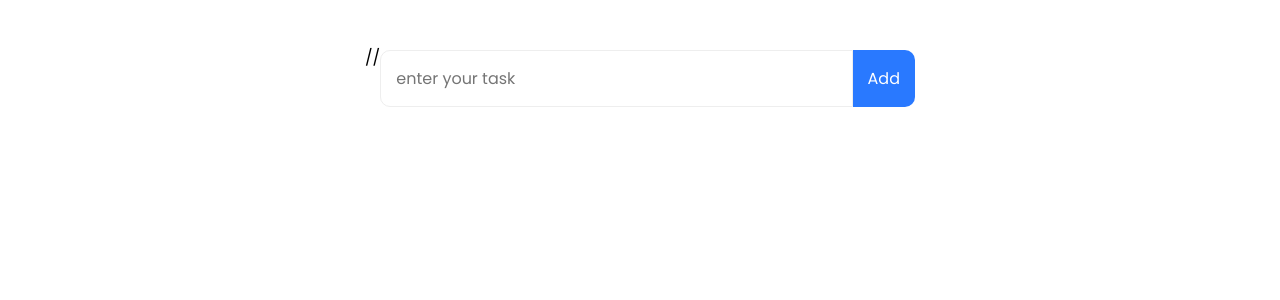
Repository: Kaii-Dev/js-course
Page: BAI-TAP/todolist/index.html
An editor plug-in stored every save of this project. The page is shown before and after the next save, followed by the edit.
The browser window is 1280 px wide. The pictures show the whole page.

Above is the page before, as saved 2021-12-22 19:59:43.

### BAI-TAP/todolist/index.html
<!DOCTYPE html>
<html lang="en">
<head>
   <meta charset="UTF-8">
   <meta http-equiv="X-UA-Compatible" content="IE=edge">
   <meta name="viewport" content="width=device-width, initial-scale=1.0">
   <title>to do list</title>
   <link rel="preconnect" href="https://fonts.gstatic.com" />
   <link
     href="https://fonts.googleapis.com/css2?family=Poppins:wght@400;600&display=swap"
     rel="stylesheet"
   />
   <link
     rel="stylesheet"
     href="https://cdnjs.cloudflare.com/ajax/libs/font-awesome/4.7.0/css/font-awesome.min.css"
     integrity="sha512-SfTiTlX6kk+qitfevl/7LibUOeJWlt9rbyDn92a1DqWOw9vWG2MFoays0sgObmWazO5BQPiFucnnEAjpAB+/Sw=="
     crossorigin="anonymous"
   />
   <style>
      html {
  box-sizing: border-box;
}
* {
  margin: 0;
  padding: 0;
}
*,
*:before,
*:after {
  box-sizing: border-box;
}
input,
textarea,
select,
button {
  outline: none;
}
input {
  line-height: normal;
}
label,
button {
  cursor: pointer;
}
a {
  text-decoration: none;
}
img {
  display: block;
  max-width: 100%;
}
*,
*:before,
*:after {
  box-sizing: border-box;
}
/* using rem unit */
html {
  font-size: 62.5%;
}
a {
  text-decoration: none;
}
img {
  display: block;
  max-width: 100%;
}
input,
button,
body {
  font-family: "Poppins", sans-serif;
  font-size: 16px;
  line-height: 1;
}
.todo {
  padding: 25px;
  margin: 25px auto;
  max-width: 600px;
}
.todo-form {
  width: 100%;
  display: flex;
}
.todo-submit {
  padding: 15px;
  border: 0;
  background-color: #2979ff;
  color: white;
  border-radius: 0 10px 10px 0;
  flex-shrink: 0;
}
.todo-input {
  width: 100%;
  border: 1px solid #eee;
  padding: 15px;
  border-radius: 10px 0 0 10px;
}
.todo-item {
  margin-top: 15px;
  display: flex;
  align-items: center;
  padding: 15px 0;
}
.todo-text {
  flex: 1;
  font-weight: 300;
  color: #333;
  display: inline-block;
  padding-right: 20px;
  white-space: nowrap;
  max-width: 100%;
  overflow: hidden;
  text-overflow: ellipsis;
  line-height: 1.4;
}
.todo-remove {
  flex-shrink: 0;
  width: 40px;
  height: 40px;
  background-color: #fc5776;
  color: white;
  border-radius: 4px;
  cursor: pointer;
  display: flex;
  justify-content: center;
  align-items: center;
}
   </style>
</head>
<body>
   <div class="todo">
      <form class="todo-form" autocomplete="off"> //
         <input type="text" name="todo" placeholder="enter your task" class="todo-input">
         <button class="todo-submit" type="submit">Add</button>
      </form>

      <div class="todo-list">
         <!-- <div class="todo-item">
            <span class="todo-text">learning english</span>
            <i class="fa fa-trash todo-remove" ></i>
         </div> -->
      </div>
   </div>
   <script src="./starter.js"></script>
</body>
</html>

### BAI-TAP/todolist/starter.js
{/* <div class="todo-item">
            <span class="todo-text">learning english</span>
            <i class="fa fa-trash todo-remove" ></i>
         </div> */}

         window.addEventListener("load", function(){
            const form = document.querySelector("form");
            form.addEventListener("click", function(e){
               e.preventDefault();
               const todoVal = form.elements["todo"].value; // kien thuc trong bai form
               console.log(todoVal);
            })
         })

After the next save:
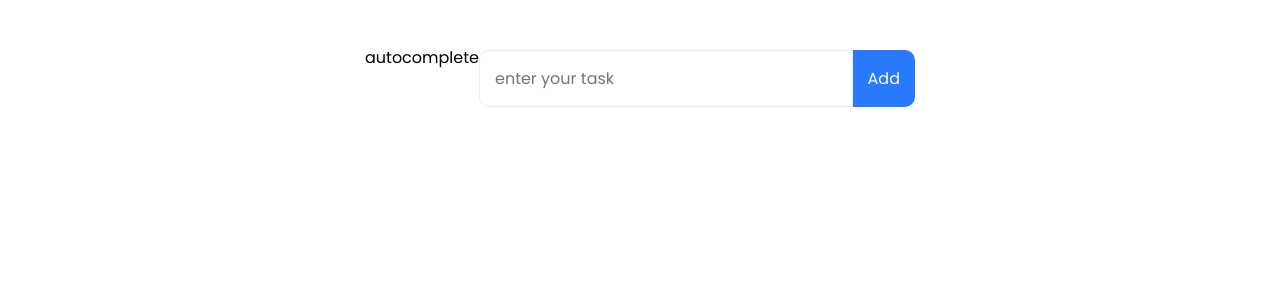
Saved 9 s later.
--- a/BAI-TAP/todolist/index.html
+++ b/BAI-TAP/todolist/index.html
@@ -129,7 +129,7 @@ body {
 </head>
 <body>
    <div class="todo">
-      <form class="todo-form" autocomplete="off"> //
+      <form class="todo-form" autocomplete="off"> autocomplete
          <input type="text" name="todo" placeholder="enter your task" class="todo-input">
          <button class="todo-submit" type="submit">Add</button>
       </form>
